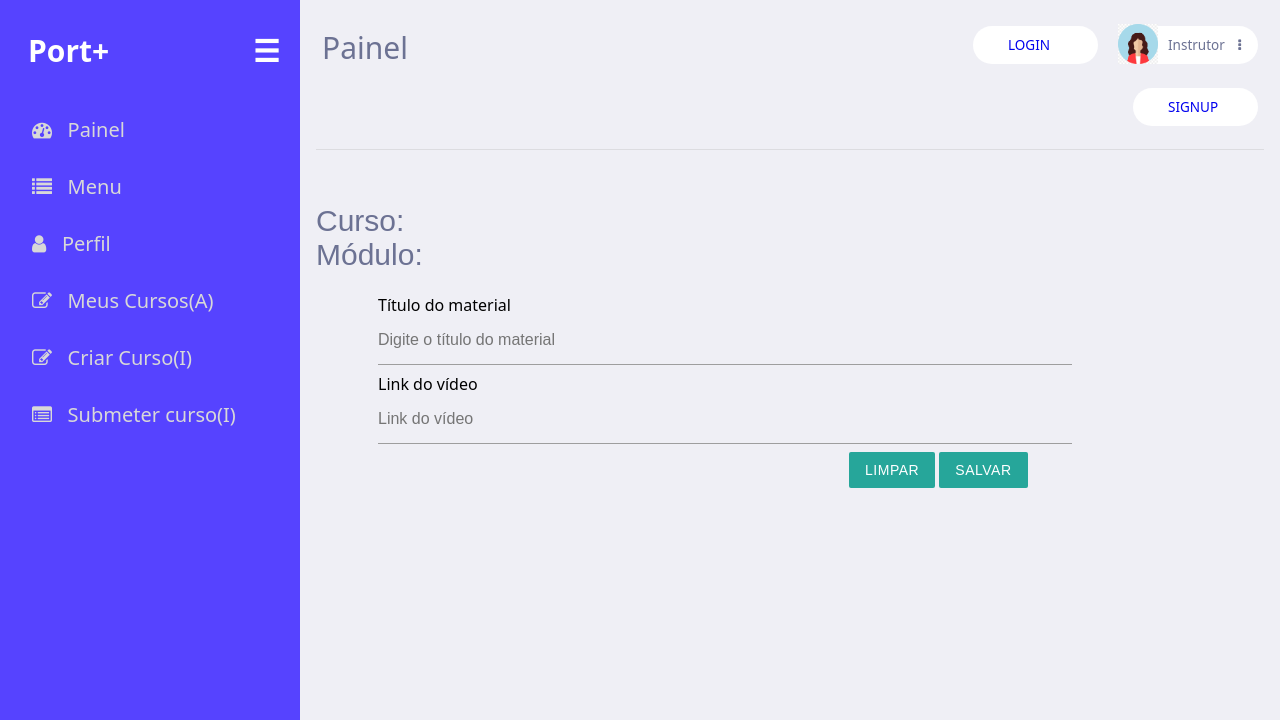
Repository: LauraMViana/Port-plus
Page: http://localhost/portPlus/criarCurso/addVideo
These files come from the project's save history. The page is drawn as it stood at one moment and after the next save; the edit follows.
The browser window is 1280 px wide. The pictures show the whole page.
The page is this project's Thymeleaf template; nobody is signed in. The template is opened directly, without the code that normally fills it, so the values that code supplies are empty.

Above is the page before, as saved 2021-12-28 14:49:57.

### port/src/main/resources/templates/portPlus/criarCurso/addVideo.html
<!DOCTYPE html >
<html xmlns:th="http://www.thymeleaf.org">
<head>
<meta charset="UTF-8">
<!-- Compiled and minified CSS -->
<!--
<link rel="stylesheet"
	href="https://cdnjs.cloudflare.com/ajax/libs/materialize/1.0.0/css/materialize.min.css"> -->
<link href="https://fonts.googleapis.com/icon?family=Material+Icons"
	rel="stylesheet">
<link rel="stylesheet" href="/Style.css">
<link rel="stylesheet"
	href="https://cdnjs.cloudflare.com/ajax/libs/font-awesome/4.7.0/css/font-awesome.min.css">
<title>PortPlus</title>
</head>
<body>
	<div th:insert="~{menu :: menu}"></div>
	<div id="main">
		<h6>
			Curso: <span th:text="${curso.titulo}"></span> <br>Módulo: <span
				th:text="${modulo.tituloMod}"></span>
		</h6>
		<br>
		<form
			th:action="@{/portPlus/criarCurso/{idC}/{idMod} (idC=${curso.id},idMod=${modulo.id})}"
			method="post">
			<div class="input-field col s10">
				<label for="tituloM">Título do material</label><input
					placeholder="Digite o título do material" id="tituloM" type="text"
					pattern="[a-zA-Z0-9_?!&%$()-]+" class="validate"
					th:field="${material.tituloMat}">
				<p th:errors="${material.tituloMat}"></p>
				<div>
					<label for="mv">Link do vídeo</label><input
						placeholder="Link do vídeo" id="mv" type="url" class="validate"
						th:field="${material.video}">
				</div>
			</div>
			<div class="col s9" id="btn">
				<button class="btn waves-effect waves-light align-center"
					type="reset" name="action">Limpar</button>
				<button class="btn waves-effect waves-light align-center"
					type="submit" name="action">Salvar</button>
			</div>
		</form>
	</div>
	<script
		src="https://ajax.googleapis.com/ajax/libs/jquery/3.5.1/jquery.min.js"></script>
	<script>
		$(".menu").click(function() {
			$("#mySidenav").css('width', '70px');
			$("#main").css('margin-left', '70px');
			$(".logo").css('display', 'none');
			$(".logo1").css('display', 'block');
			$(".logo span").css('visibility', 'visible');
			$(".logo span").css('margin-left', '-10px');
			$(".icon-a").css('visibility', 'hidden');
			$(".icon-a").css('height', '25px');
			$(".icons").css('visibility', 'visible');
			$(".icons").css('margin-left', '-8px');
			$(".menu1").css('display', 'block');
			$(".menu").css('display', 'none');
		});

		$(".menu1").click(function() {
			$("#mySidenav").css('width', '300px');
			$("#main").css('margin-left', '300px');
			$(".logo").css('visibility', 'visible');
			$(".logo").css('display', 'block');
			$(".icon-a").css('visibility', 'visible');
			$(".icons").css('visibility', 'visible');
			$(".menu").css('display', 'block');
			$(".menu1").css('display', 'none');
		});
	</script>
	<script>
		$(document).ready(function() {
			$(".profile p").click(function() {
				$(".profile-div").toggle();
			});
		});
	</script>
</body>
</html>

### port/src/main/resources/templates/menu.html
<!DOCTYPE html >
<html xmlns:th="http://www.thymeleaf.org">
<head>
<meta charset="UTF-8">
<link rel="stylesheet" href="/Style.css" type="text/css" />
<link rel="stylesheet"
	href="https://cdnjs.cloudflare.com/ajax/libs/font-awesome/4.7.0/css/font-awesome.min.css">
<title>Port+</title>
</head>
<body>
	<div th:fragment="menu">
		<div id="mySidenav" class="sidenav">
			<p class="logo">
				Port+ <span class="menu">&#9776;</span>
			</p>
			<p class="logo1">
				<span class="menu1">&#9776;</span>
			</p>
			<a href="/" class="icon-a"> <i class="fa fa-dashboard icons"></i>
				&nbsp;&nbsp;Painel
			</a> <a href="/" class="icon-a"><i class="fa fa-list icons"></i>
				&nbsp;&nbsp;Menu</a> <a href="#" class="icon-a"><i
				class="fa fa-user icons"></i> &nbsp;&nbsp;Perfil</a> <a
				href="/portPlus/criarCurso" class="icon-a"><i
				class="fa fa-edit icons"></i> &nbsp;&nbsp;Meus Cursos(A)</a> <a
				href="/portPlus/criarCurso" class="icon-a"><i
				class="fa fa-edit icons"></i> &nbsp;&nbsp;Criar Curso(I)</a><a
				href="/portPlus/meusCursos" class="icon-a"><i
				class="fa fa-list-alt icons"></i> &nbsp;&nbsp;Submeter curso(I)</a>
		</div>

		<div id="main">
			<div class="head">
				<div class="col-div-6">
					<p class="nav">Painel</p>
				</div>
				<div class="col-div-6">
					<div class="profile">
						<img src="/Imagens/usuario.png" class="pro-img circle" />
						<p>
							Instrutor <i class="fa fa-ellipsis-v dots" aria-hidden="true"></i>
						</p>
						<div class="profile-div">
							<p>
								<a href="#" class="icon-a"><i class="fa fa-user"></i>
									&nbsp;&nbsp;Perfil
							</p>
							<p>
								<i class="fa fa-power-off"></i> &nbsp;&nbsp;Sair
							</p>
						</div>
					</div>
					<div class="login">
						<p>
							<a href="/portPlus/login">LOGIN</a>
						</p>
						<p>
							<a href="/portPlus/signup">SIGNUP</a>
						</p>
					</div>
				</div>
				<div class="clearfix"></div>
			</div>
			<div class="clearfix"></div>
			<br />
		</div>
	</div>
	<script
		src="https://ajax.googleapis.com/ajax/libs/jquery/3.5.1/jquery.min.js"></script>
	<script>
		$(".menu").click(function() {
			$("#mySidenav").css('width', '70px');
			$("#main").css('margin-left', '70px');
			$(".logo").css('display', 'none');
			$(".logo1").css('display', 'block');
			$(".logo span").css('visibility', 'visible');
			$(".logo span").css('margin-left', '-10px');
			$(".icon-a").css('visibility', 'hidden');
			$(".icon-a").css('height', '25px');
			$(".icons").css('visibility', 'visible');
			$(".icons").css('margin-left', '-8px');
			$(".menu1").css('display', 'block');
			$(".menu").css('display', 'none');
		});

		$(".menu1").click(function() {
			$("#mySidenav").css('width', '300px');
			$("#main").css('margin-left', '300px');
			$(".logo").css('visibility', 'visible');
			$(".logo").css('display', 'block');
			$(".icon-a").css('visibility', 'visible');
			$(".icons").css('visibility', 'visible');
			$(".menu").css('display', 'block');
			$(".menu1").css('display', 'none');
		});
	</script>
	<script>
		$(document).ready(function() {
			$(".profile p").click(function() {
				$(".profile-div").toggle();

			});

			/* $(".noti-icon").click(function() {
					$(".notification-div").toggle();
				}); */

		});
	</script>
</body>
</html>

### port/src/main/resources/static/Style.css
/* Laura */
body {
	margin: 0px;
	padding: 0px;
	background-color: #efeff5;
	font-family: system-ui;
}

.clearfix {
	clear: both;
}

.logo {
	margin: 0px;
	margin-left: 28px;
	font-weight: bold;
	color: white;
	margin-bottom: 30px;
}

.sidenav {
	height: 100%;
	width: 300px;
	position: fixed;
	z-index: 1;
	top: 0;
	left: 0;
	background-color: #5643ff;
	overflow: hidden;
	padding-top: 30px;
	transition: ease-in-out 0.3s;
}

.menu {
	float: right;
	margin-right: 20px;
	cursor: pointer;
}

.logo1 {
	margin: 0px;
	margin-left: 20px;
	font-weight: bold;
	color: white;
	margin-bottom: 50px;
	display: none;
	cursor: pointer;
}

.menu1 {
	float: left;
	display: none;
}

.sidenav a {
	padding: 15px 8px 15px 32px;
	text-decoration: none;
	font-size: 20px;
	color: #d8d8d8;
	display: block;
}

.sidenav a:hover {
	color: #f1f1f1;
	background-color: #2c1ed6;
}

.sidenav {
	top: 0;
	right: 25px;
	font-size: 30px;
}

#main {
	padding: 16px;
	margin-left: 300px;
}

.head {
	padding: 0px 6px;
	border-bottom: 1px solid #d6d6d8b8;
	padding-bottom: 10px;
}

.col-div-6 {
	width: 50%;
	float: left;
}

.login p {
	color: #6c7293;
	font-weight: 500;
	margin-left: 35px;
	margin-top: 10px;
	font-size: 13.5px;
	background-color: white;
	padding: 10px;
	border-radius: 25px;
	padding-left: 35px;
	width: 80px;
	float: right;
	cursor: pointer;
}

.profile {
	display: inline-block;
	float: right;
	width: 160px;
}

.pro-img {
	float: left;
	width: 40px;
	margin-top: 8px;
	margin-left: 20px;
}

.profile p {
	color: #6c7293;
	font-weight: 500;
	margin-left: 35px;
	margin-top: 10px;
	font-size: 13.5px;
	background-color: white;
	padding: 10px;
	border-radius: 25px;
	padding-left: 35px;
	cursor: pointer;
}

.dots {
	margin-left: 10px;
}

.profile-div {
	background-color: white;
	width: 160px;
	border: 1px solid #ddd;
	padding: 10px 0px;
	right: 2%;
	border-radius: 5px;
	position: absolute;
	z-index: 9;
	display: none;
}

.profile-div:after {
	content: '';
	position: absolute;
	height: 10px;
	width: 10px;
	background-color: white;
	top: -6px;
	border-left: 1px solid #ddd;
	border-top: 1px solid #ddd;
	transform: rotate(45deg);
	right: 10%;
}

.profile-div p {
	margin: 0px;
	padding: 10px 20px;
}

.profile-div p:hover {
	margin: 0px;
	padding: 10px 20px;
	background-color: #5643ff;
	border-radius: 0px;
	color: white;
}

.notification-div {
	background-color: white;
	width: 240px;
	border: 1px solid #ddd;
	padding: 10px 0px;
	right: 16%;
	border-radius: 5px;
	top: 12%;
	position: absolute;
	z-index: 9;
	display: none;
}

.notification-div:after {
	content: '';
	position: absolute;
	height: 10px;
	width: 10px;
	background-color: white;
	top: -6px;
	border-left: 1px solid #ddd;
	border-top: 1px solid #ddd;
	transform: rotate(45deg);
	right: 10%;
}

.noti-head {
	display: block;
	margin: 0px;
	color: #6c7293;
}

.noti-head:hover {
	background-color: white !important;
	color: #6c7293 !important;
}

.noti-head span {
	position: absolute;
	right: 8%;
	top: 10%;
	background-color: #5643ff;
	padding: 1px 5px;
	color: white;
	border-radius: 20px;
}

.hr {
	margin: 0px;
	border: none;
	background-color: #ddd;
	height: 1px;
}

.notification-div p {
	margin: 0px;
	padding: 10px 20px;
	color: #6c7293;
}

.notification-div p span {
	font-size: 11px;
	display: block;
}

.notification-div p:hover {
	margin: 0px;
	padding: 10px 20px;
	background-color: #5643ff;
	border-radius: 0px;
	color: white;
}

.search-icon {
	position: absolute;
	right: 22%;
	top: 25px;
	background-color: white;
	padding: 13px;
	border-radius: 21px;
	color: #6c7293;
	cursor: pointer;
}

.noti-icon {
	position: absolute;
	right: 17%;
	top: 25px;
	background-color: #5643ff;
	padding: 13px;
	border-radius: 21px;
	color: #fff;
	cursor: pointer;
}

.noti-icon:after {
	content: '';
	height: 5px;
	width: 5px;
	border-radius: 5px;
	top: 5px;
	left: 20px;
	position: absolute;
	background-color: red;
}

.col-div-4-1 {
	width: 33.3%;
	float: left;
}

.box {
	width: 88%;
	height: 480px;
	background-color: #ffffff;
	margin-left: 10px;
	padding: 10px;
	box-shadow: 2px 5px 10px #ddd;
	position: relative;
}

.box p {
	color: #6c7293;
	font-weight: 500;
	padding-left: 10px;
}

.number {
	font-size: 35px;
	margin-bottom: 0px;
	margin-top: 20px;
}

.percent {
	margin: 0px;
	font-size: 14px;
	color: #37bf37 !important;
}

.percent span {
	font-size: 12px;
	color: #9398b1;
	padding-left: 3px;
}

.head-1 {
	font-size: 18px !important;
	margin: 10px 0px;
	color: #6c7293;
}

.head-1 span {
	float: right;
	background-color: #5643ff;
	color: white;
	padding: 3px 10px;
	font-size: 15px;
}

.box-icon {
	font-size: 20px !important;
	margin-top: 35px !important;
	color: #5643ff;
	padding-right: 10px;
	background-color: #efeff5;
	padding: 15px;
	border-radius: 25px;
	position: absolute;
	right: 16px;
	top: -18px;
}

.box-1 {
	width: 88%;
	height: 282px;
	background-color: #ffffff;
	margin-left: 10px;
	padding: 10px;
	box-shadow: 2px 5px 10px #ddd;
	position: relative;
}

.m-box {
	color: #6c7293;
	position: relative;
	padding: 0px 12px;
}

.active {
	background-color: #5646ff;
	color: white;
	box-shadow: 4px 3px 7px 3px #3226ad54;
}

.active .no-1 {
	color: #ddd !important;
}

.m-box p {
	display: inline-block;
	margin: 10px 0px;
}

.no {
	position: absolute !important;
	top: 21px;
	right: 15px;
	font-weight: 500;
}

.no-1 {
	font-size: 12px;
	color: #9398b1;
}

.act-p {
	font-size: 13px;
	color: #6c7293;
}

.act-p .fa {
	color: orange !important;
}

.content-box-1 {
	padding: 0px 10px;
}

.col-div-12 {
	width: 100%;
}

.col-div-4 {
	width: 30%;
	float: left;
}

.content-box {
	padding: 20px;
}

.content-box p {
	margin: 0px;
	font-size: 20px;
	color: #6c7293;
}

.content-box p span {
	float: right;
	background-color: #5643ff;
	color: white;
	padding: 3px 10px;
	font-size: 15px;
}

.box-8 {
	width: 97.8%;
	background-color: #fff;
	height: 330px;
}

.nav {
	font-size: 30px;
	cursor: pointer;
	color: #6c7293;
	margin: 11px 0px;
}

.box-8 {
	margin-left: 10px;
}

td, th {
	border: 1px solid #dddddd;
	text-align: left;
	padding: 10px;
}

tr:nth-child(even) {
	background-color: #5643ff29;
	color: #6c7293 !important;
}

.circle-wrap {
	margin: 50px auto;
	width: 150px;
	height: 150px;
	background: #e6e2e7;
	border-radius: 50%;
}

.circle-wrap .circle .mask, .circle-wrap .circle .fill {
	width: 150px;
	height: 150px;
	position: absolute;
	border-radius: 50%;
}

.circle-wrap .circle .mask {
	clip: rect(0px, 150px, 150px, 75px);
}

.circle-wrap .circle .mask .fill {
	clip: rect(0px, 75px, 150px, 0px);
	background-color: #5646ff;
}

.circle-wrap .circle .mask.full, .circle-wrap .circle .fill {
	animation: fill ease-in-out 3s;
	transform: rotate(126deg);
}

@
keyframes fill { 0% {
	transform: rotate(0deg);
}

100










%
{
transform










:










rotate








(










126deg










)








;
}
}
.circle-wrap .inside-circle {
	width: 130px;
	height: 130px;
	border-radius: 50%;
	background: #fff;
	line-height: 130px;
	text-align: center;
	margin-top: 10px;
	margin-left: 10px;
	position: absolute;
	z-index: 100;
	font-weight: 700;
	font-size: 2em;
	color: #6c7293;
}

/* Thais */
h1 {
	font-weight: 400;
	font-family: Century Gothic, Arial, Helvetica, sans-serif;
	color: #6c7293;
	font-size: calc(1.044375rem + 1.7325vw);
}

h4, h6 {
	font-weight: 100;
	font-family: Century Gothic, Arial, Helvetica, sans-serif;
	color: #6c7293;
	font-size: 30px;
	margin: 0px;
}

a {
	text-decoration: none;
}

#btn {
	text-align: right;
}

/*Apresente material  */
.mod-title {
	font-size: 30px;
	color: #d8d8d8;
}

/* Index  */
.box-mod {
	width: 88%;
	height: 30px;
	background-color: #dfdfdf;
	margin-left: 10px;
	padding: 10px;
	position: relative;
	margin-left: 10px;
	padding: 10px;
	border-top: 1px solid #d7dfe3;
	margin-left: 10px;
	margin-bottom: 15px;
}

.box-mod p {
	color: #6c7293;
	font-weight: 500;
	margin: 0px;
	padding: 10px;
	width: 105px;
	margin-left: 90px;
}
/* blocos de curso ou modulos  */
.col-div-4-2 {
	width: 25%;
	float: left;
}

.card.small .card-image+.card-content, .card.medium .card-image+.card-content,
	.card.large .card-image+.card-content {
	max-height: 40%;
}

.card.small .card-content, .card.medium .card-content, .card.large .card-content
	{
	max-height: 100%;
	overflow: hidden;
}

.card .card-content {
	padding: 24px;
	border-radius: 0 0 2px 2px;
}

.card .card-image img {
	display: block;
	border-radius: 2px 2px 0 0;
	position: relative;
	left: 0;
	right: 0;
	top: 0;
	bottom: 0;
	width: 100%;
}

img {
	border-style: none;
}

.card.small .card-image, .card.medium .card-image, .card.large .card-image
	{
	max-height: 60%;
	overflow: hidden;
}

.card .card-image {
	position: relative;
}

.card.small {
	height: 300px;
}

.card.small, .card.medium, .card.large {
	position: relative;
}

.card {
	margin-left: 10px;
	box-shadow: 2px 5px 10px #ddd;
	position: relative;
	height: 250px;
	background-color: #fff;
	-webkit-transition: -webkit-box-shadow .25s;
	transition: -webkit-box-shadow .25s;
	transition: box-shadow .25s;
	transition: box-shadow .25s, -webkit-box-shadow .25s;
	border-radius: 2px;
}

.card {
	position: relative;
	margin: 0.5rem 0 1rem 0;
	background-color: #fff;
	-webkit-transition: -webkit-box-shadow .25s;
	transition: -webkit-box-shadow .25s;
	transition: box-shadow .25s;
	transition: box-shadow .25s, -webkit-box-shadow .25s;
	border-radius: 2px;
}

.image {
	display: block;
	position: relative;
	left: 0;
	right: 0;
	top: 0;
	bottom: 0;
	width: 100%;
	max-height: 70%;
	overflow: hidden;
	max-height: 70%;
	right: 0;
	top: 0;
	bottom: 0;
}

.card {
	margin-left: 10px;
	box-shadow: 2px 5px 10px #ddd;
	position: relative;
	height: 250px;
	background-color: #fff;
	-webkit-transition: -webkit-box-shadow .25s;
	transition: -webkit-box-shadow .25s;
	transition: box-shadow .25s;
	transition: box-shadow .25s, -webkit-box-shadow .25s;
	border-radius: 2px;
}

.card-title-mod {
	display: block;
	line-height: 32px;
	margin-bottom: 8px;
	font-size: 24px;
	font-weight: 300;
}
/* descriçao do curso  */
.mod-d {
	font-size: 18px !important;
	margin: 10px 0px;
	color: #6c7293;
	text-align: justify;
}

/* Pag apresentação Material */
aside {
	width: 260px;
	float: right;
	margin-right: 20px;
	border: 1px solid black;
}

.conteudo {
	padding-left: 15px;
	width: 700px;
	float: left;
	height: 415px;
	text-align: justify;
}

.card.lista {
	background-color: #5643ff;
	width: 259.5px;
	height: 50px;
	text-align: center;
	padding: 5px 0px 5px 0px;
	margin: 0px;
}

.lista li {
	padding: 15px 8px 15px 32px;
	text-decoration: none;
	font-size: 20px;
	color: #d8d8d8;
	display: block;
	text-align: justify;
}

.lista li:hover {
	color: #f1f1f1;
	background-color: #5643ff;
}

.lista a:hover {
	color: #f1f1f1;
	background-color: #5643ff;
}

ul {
	padding: 0px;
	margin: 0px;
	list-style-type: none;
}

textarea.materialize-textarea.texto {
	height: 12rem;
}

input:not([type]), input[type="text"]:not(.browser-default), input[type="url"]:not(.browser-default),
	input[type="number"]:not(.browser-default), textarea.materialize-textarea
	{
	background-color: transparent;
	border-top-width: initial;
	border-right-width: initial;
	border-left-width: initial;
	border-top-color: initial;
	border-right-color: initial;
	border-left-color: initial;
	height: 3rem;
	width: 100%;
	font-size: 16px;
	box-shadow: none;
	box-sizing: content-box;
	border-style: none none solid;
	border-image: initial;
	border-bottom: 1px solid rgb(158, 158, 158);
	border-radius: 0px;
	outline: none;
	margin: 0px 0px 8px;
	padding: 0px;
	transition: box-shadow 0.3s ease 0s, border 0.3s ease 0s,
		-webkit-box-shadow 0.3s ease 0s;
}

form {
	padding-left: 50px;
}

.dados-do-curso, .listarCriarMod {
	padding-left: 50px;
}

.s2 {
	width: 20%;
	display: inline;
}

.col.s3 {
	width: 25%;
	margin-left: auto;
	left: auto;
	right: auto;
}

.col.s4 {
	width: 33.3333333333%;
	margin-left: auto;
	left: auto;
	right: auto;
}

.col.s5 {
	width: 41.6666666667%;
	margin-left: auto;
	left: auto;
	right: auto;
}

.col.s6 {
	width: 50%;
	margin-left: auto;
	left: auto;
	right: auto;
}

.col.s9 {
	width: 75%;
	margin-left: auto;
	left: auto;
	right: auto;
}

.col.s12 {
	width: 100%;
	margin-left: auto;
	left: auto;
	right: auto;
}

.col.s12.cont {
	padding-bottom: 20px;
}

.col {
	float: left;
	-webkit-box-sizing: border-box;
	box-sizing: border-box;
	padding: 0 0.75rem;
	min-height: 1px;
}

.s10 {
	width: 80%;
	margin-left: auto;
	left: auto;
	right: auto;
}

.btn {
	text-decoration: none;
	color: #fff;
	background-color: #26a69a;
	text-align: center;
	letter-spacing: .5px;
	-webkit-transition: background-color .2s ease-out;
	transition: background-color .2s ease-out;
	cursor: pointer;
	border: none;
	border-radius: 2px;
	display: inline-block;
	height: 36px;
	line-height: 36px;
	padding: 0 16px;
	text-transform: uppercase;
	font-size: 14px;
	outline: 0;
	font-size: 14px;
}

.waves-effect {
	position: relative;
	cursor: pointer;
	display: inline-block;
	overflow: hidden;
	-webkit-user-select: none;
	-moz-user-select: none;
	-ms-user-select: none;
	user-select: none;
	-webkit-tap-highlight-color: transparent;
	vertical-align: middle;
	z-index: 1;
	-webkit-transition: .3s ease-out;
	transition: .3s ease-out;
}

.modal.modal-fixed-footer {
	padding: 0;
	height: 70%;
}

.modal {
	display: none;
	position: fixed;
	left: 0;
	right: 0;
	background-color: #fafafa;
	padding: 0;
	max-height: 70%;
	width: 55%;
	margin: auto;
	overflow-y: auto;
	border-radius: 2px;
	will-change: top, opacity;
}

.modal.modal-fixed-footer {
	padding: 0;
	height: 70%;
}

.modal {
	display: none;
	position: fixed;
	left: 0;
	right: 0;
	background-color: #fafafa;
	padding: 0;
	max-height: 70%;
	width: 55%;
	margin: auto;
	overflow-y: auto;
	border-radius: 2px;
	will-change: top, opacity;
}

.z-depth-5, .modal {
	-webkit-box-shadow: 0 24px 38px 3px rgb(0 0 0/ 14%), 0 9px 46px 8px
		rgb(0 0 0/ 12%), 0 11px 15px -7px rgb(0 0 0/ 20%);
	box-shadow: 0 24px 38px 3px rgb(0 0 0/ 14%), 0 9px 46px 8px
		rgb(0 0 0/ 12%), 0 11px 15px -7px rgb(0 0 0/ 20%);
}

.collapsible {
	border-top: 1px solid #ddd;
	border-right: 1px solid #ddd;
	border-left: 1px solid #ddd;
	margin: 0.5rem 0 1rem 0;
}

.collapsible-header {
	display: -webkit-box;
	display: -webkit-flex;
	display: -ms-flexbox;
	display: flex;
	-webkit-tap-highlight-color: transparent;
	line-height: 1.5;
	padding: 1rem;
	background-color: #fff;
	border-bottom: 1px solid #ddd;
	display: -webkit-box;
	display: -webkit-flex;
	display: -ms-flexbox;
	display: flex;
	cursor: pointer;
	-webkit-tap-highlight-color: transparent;
	line-height: 1.5;
	padding: 1rem;
	background-color: #fff;
	border-bottom: 1px solid #ddd;
}

.optCont {
	display: inline-block;
	float: right;
	width: 160px;
}

.optCont a {
	cursor: pointer;
}

.opt {
	background-color: white;
	width: 100px;
	border: 1px solid #ddd;
	padding: 10px 0px;
	right: 10%;
	border-radius: 5px;
	position: absolute;
	z-index: 9;
	display: none;
}

.opt p {
	margin: 0px;
	padding: 10px 20px;
}

.opt p:hover {
	margin: 0px;
	padding: 10px 20px;
	background-color: #5643ff;
	border-radius: 0px;
	color: white;
}

.modal.modal-fixed-footer {
	height: 40%;
	width: 40%;
}

.modal .modal-content {
	padding: 65px 24px 24px 75px;
}

After the next save:
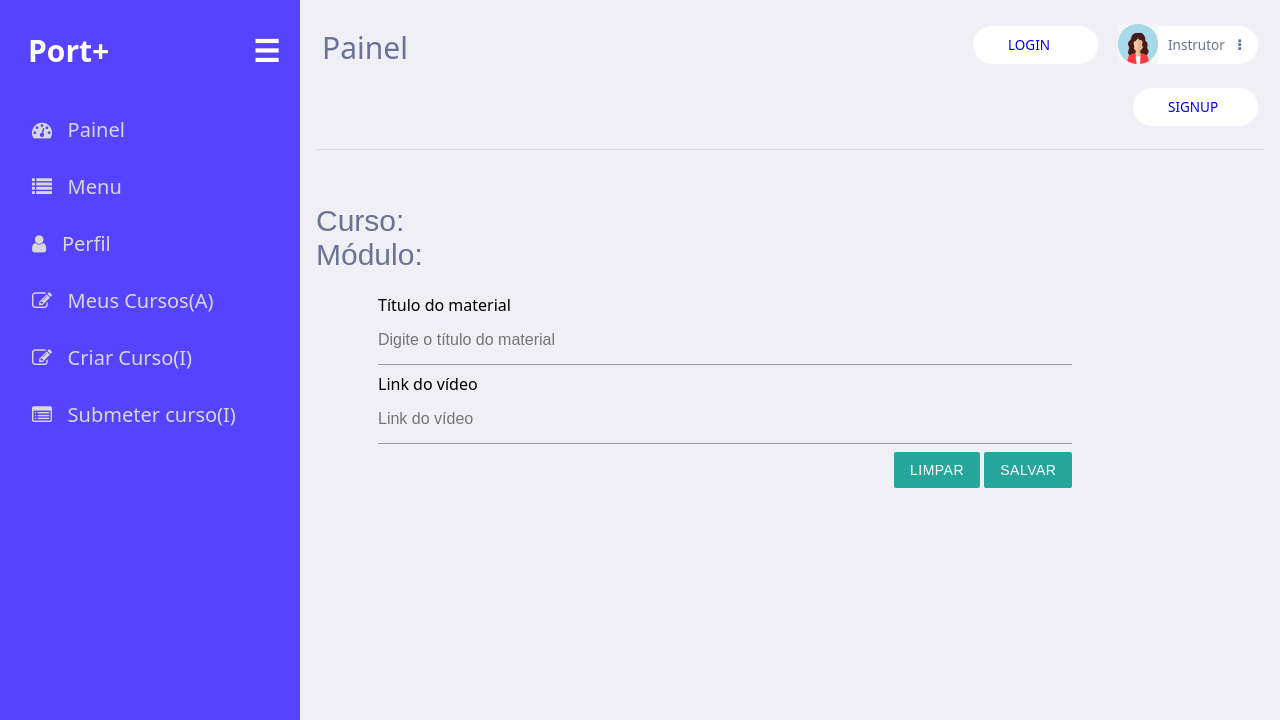
Saved 10 s later.
--- a/port/src/main/resources/templates/portPlus/criarCurso/addVideo.html
+++ b/port/src/main/resources/templates/portPlus/criarCurso/addVideo.html
@@ -36,7 +36,7 @@
 						th:field="${material.video}">
 				</div>
 			</div>
-			<div class="col s9" id="btn">
+			<div class="col s10" id="btn">
 				<button class="btn waves-effect waves-light align-center"
 					type="reset" name="action">Limpar</button>
 				<button class="btn waves-effect waves-light align-center"
